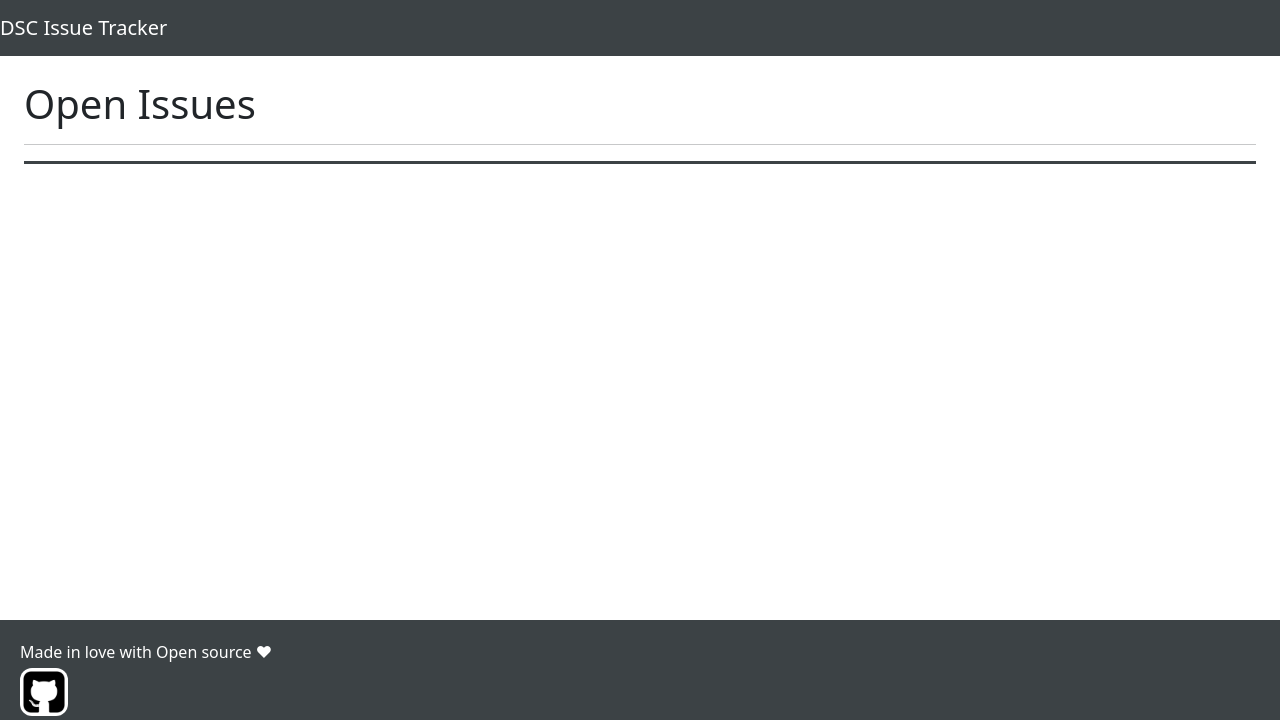
Repository: Tsardines/issue-tracker
Page: index.html
An editor plug-in stored every save of this project. The page is shown before and after the next save, followed by the edit.
The browser window is 1280 px wide. The pictures show the whole page.
Some web libraries are served in a nearby version.

Above is the page before, as saved 2019-10-06 21:56:32.
Console error: SyntaxError: Cannot use import statement outside a module

### index.html
<!DOCTYPE html>
<html lang="en">
<head>
    <meta charset="UTF-8">
    <meta name="viewport" content="width=device-width, initial-scale=1.0">
    <meta http-equiv="X-UA-Compatible" content="ie=edge">
    <title>DSC Issue Tracker</title>
    <link rel="stylesheet" href="./node_modules/bootstrap/dist/css/bootstrap.min.css">
    <link rel="stylesheet" href="./css/index.css">
</head>
<body>
    <nav class="navbar navbar-dark">
        <a class="navbar-brand" href="#">
          DSC Issue Tracker
        </a>
    </nav>

    <div class="content-wrapper p-4">
        <h1>Open Issues</h1>
        <hr>
        <div class="content-card">
            <div id="issue-grid"></div>
        </div>
    </div>
    <div class="footer">
        <div class="text-white">
            Made in love with Open source ♥
        </div>
        <div class="footer-links">
            <img class="footer-links_github" src="./images/github.png" alt="github">
        </div>
    </div>
    <script src="./node_modules/popper.js/dist/umd/popper.min.js"></script>
    <script src="./node_modules/jquery/dist/jquery.min.js"></script>
    <script src="./node_modules/bootstrap/dist/js/bootstrap.min.js"></script>

    <script src="./dist/index.js"></script>
    <!-- <script type="module" src="./js/index.js"></script> -->
</body>
</html>

### css/index.css
.navbar {
    background-color:#3c4245;
}

.content-card {
    border-bottom: 3px solid #3c4245;
}

.issueCard {
    display: grid;
    grid-template-columns: auto;
}
.issue-card {
    background-color: #87aeaf;
    padding: 10px;
    color:white;
}

.issue-card > h4 > a {
    color:white;
    text-decoration-line: underline;

}
.issue-card > p > a {
    text-decoration-line: underline;
    color:blue;
    margin-left: 5px;
    margin-right: 5px;
}
.issue-card > p {
    margin-bottom: 2px;
    font-size: 12px;

}

.footer {
    background-color: #3c4245;
    position: absolute;
    bottom: 0;
    height: 100px;
    width: 100%;
    padding:20px;
    font-size: 16px;
}

.footer-links_github {
    background-color: white;
    border-radius: 0.75rem;
    margin-top: 0.25rem;
    width: 3rem;
}

### js/index.js
import injectToHTML from './ui'
fetch('https://api.github.com/search/issues?q=type:issue+org:dsc-jiit-128')
.then(res => res.json())
.then(data => injectToHTML(data.items))

After the next save:
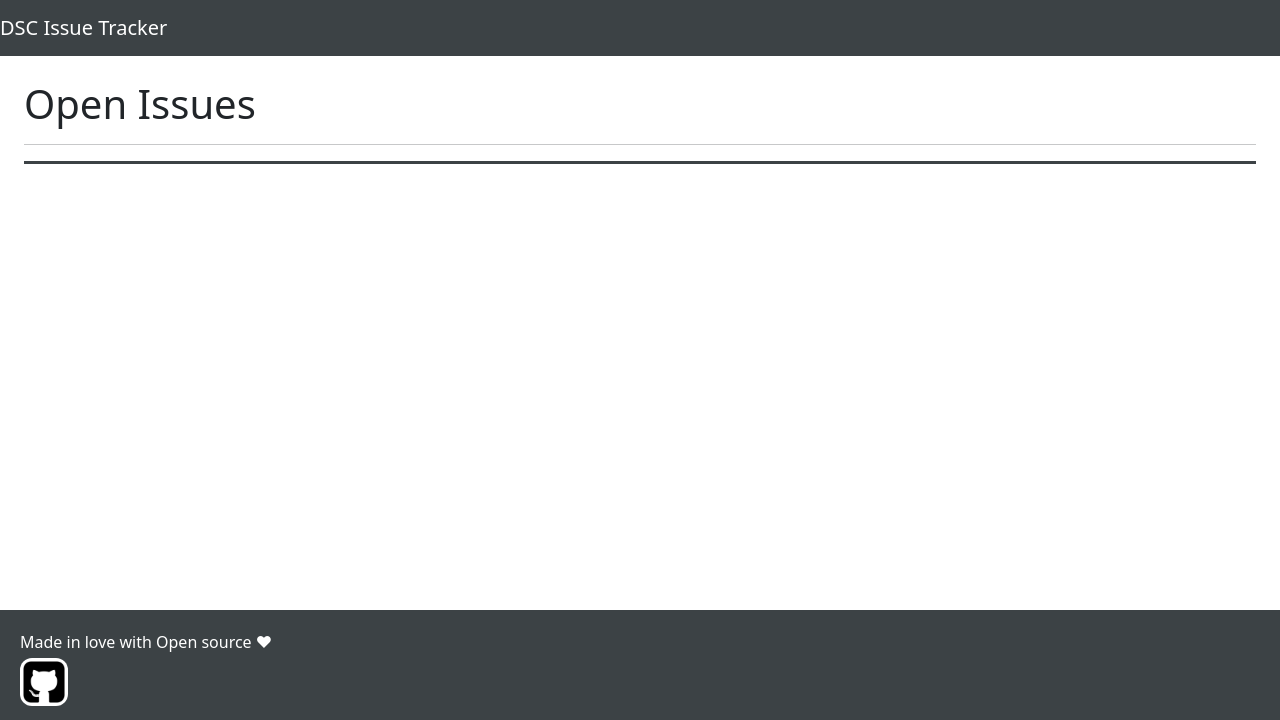
Saved 52 s later.
--- a/css/index.css
+++ b/css/index.css
@@ -37,7 +37,7 @@
     background-color: #3c4245;
     position: absolute;
     bottom: 0;
-    height: 100px;
+    height: 110px;
     width: 100%;
     padding:20px;
     font-size: 16px;
